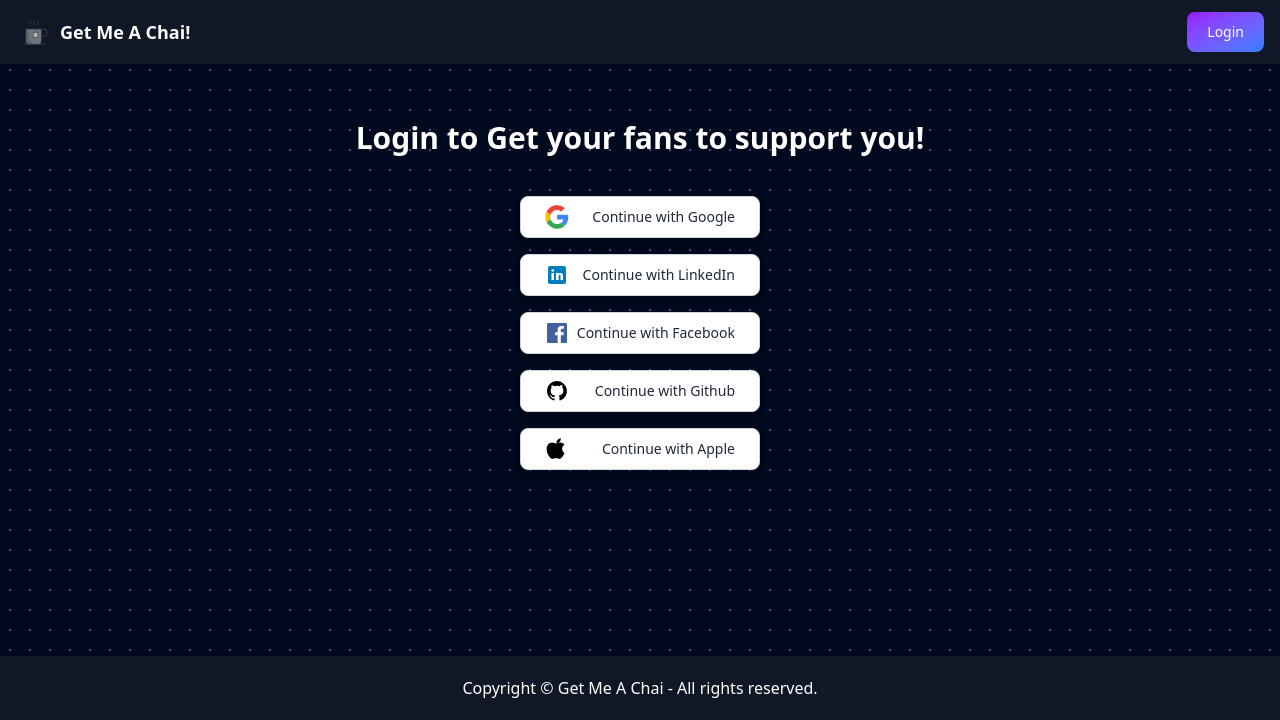
Repository: piyushsudame/patreon-clone-Get-Me-A-Chai
Page: /login
An editor plug-in stored every save of this project. The page is shown before and after the next save, followed by the edit.
The browser window is 1280 px wide. The pictures show the whole page.
The page's requests for data from a server got no answer. The project was rebuilt for these pictures with package versions that can differ from the ones it lists, and the page was loaded fresh each time. The framework's server and built-in components were replaced by stand-ins that run in the browser. No one was signed in, and anything a server would have sent is missing. Also part of the build but not shown: next.config.mjs.

Above is the page before, as saved 2025-05-14 11:38:20.

After the next save:
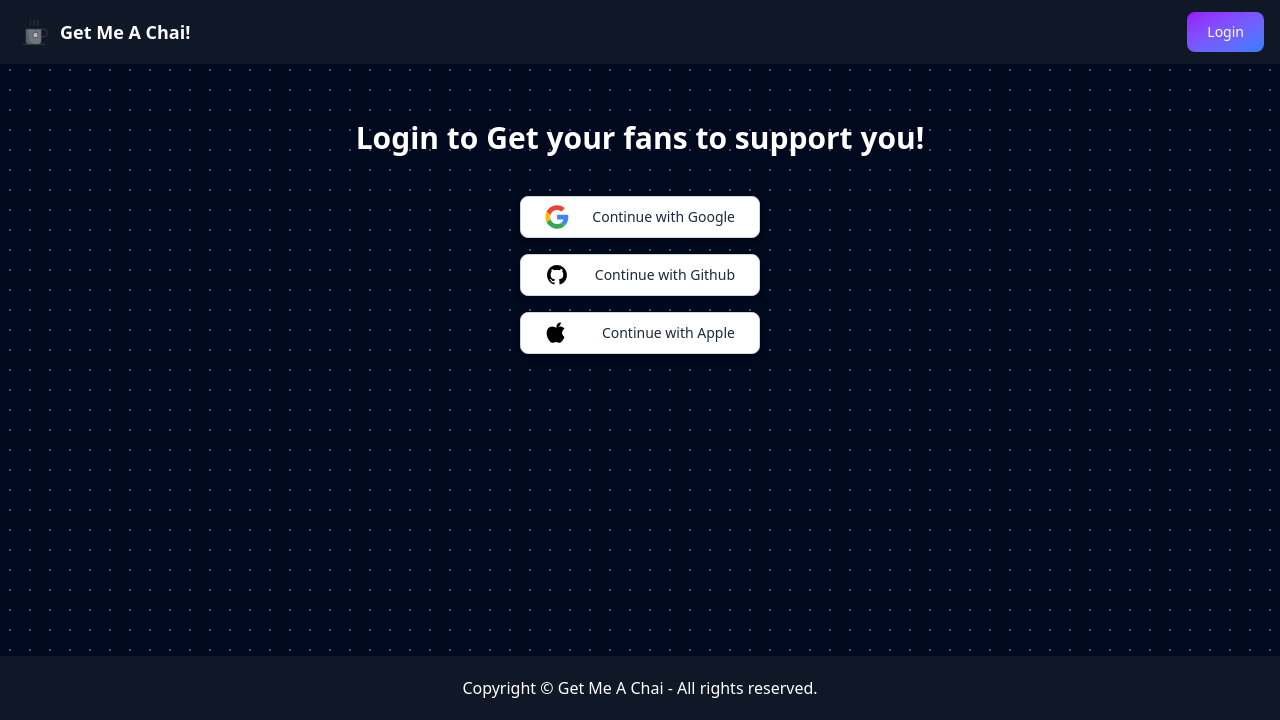
Saved 25 s later.
--- a/app/login/page.js
+++ b/app/login/page.js
@@ -40,29 +40,7 @@ const Login = () => {
                         <span>Continue with Google</span>
                     </button>
 
-                    {/* LinkedIn */}
-                    <button className="flex justify-between items-center bg-white border border-gray-300 rounded-lg shadow-md w-full px-6 py-2 text-sm font-medium text-gray-800 hover:bg-gray-200 focus:outline-none focus:ring-2 focus:ring-offset-2 focus:ring-gray-500">
-                        <svg className="h-6 w-6" xmlns="http://www.w3.org/2000/svg" viewBox="0 0 24 24">
-                            <path d="M19,3H5C3.895,3,3,3.895,3,5v14c0,1.105,0.895,2,2,2h14c1.105,0,2-0.895,2-2V5C21,3.895,20.105,3,19,3z M9,17H6.477v-7H9V17z M7.694,8.717c-0.771,0-1.286-0.514-1.286-1.2s0.514-1.2,1.371-1.2c0.771,0,1.286,0.514,1.286,1.2S8.551,8.717,7.694,8.717z M18,17h-2.442v-3.826c0-1.058-0.651-1.302-0.895-1.302s-1.058,0.163-1.058,1.302c0,0.163,0,3.826,0,3.826h-2.523v-7h2.523v0.977C13.93,10.407,14.581,10,15.802,10C17.023,10,18,10.977,18,13.174V17z" fill="#007EBB" />
-                        </svg>
-                        <span>Continue with LinkedIn</span>
-                    </button>
 
-
-
-                    {/* Facebook */}
-                    <button
-                        onClick={() => {
-                            // Sign in with Facebook
-                            signIn('facebook', { callbackUrl: '/dashboard' });
-                        }}
-                        className="flex justify-between items-center bg-white border border-gray-300 rounded-lg shadow-md w-full px-6 py-2 text-sm font-medium text-gray-800 hover:bg-gray-200 focus:outline-none focus:ring-2 focus:ring-offset-2 focus:ring-gray-500"
-                    >
-                        <svg className="h-6 w-6" xmlns="http://www.w3.org/2000/svg" viewBox="0 0 24 24">
-                            <path d="M20.9,2H3.1A1.1,1.1,0,0,0,2,3.1V20.9A1.1,1.1,0,0,0,3.1,22h9.58V14.25h-2.6v-3h2.6V9a3.64,3.64,0,0,1,3.88-4,20.26,20.26,0,0,1,2.33.12v2.7H17.3c-1.26,0-1.5.6-1.5,1.47v1.93h3l-.39,3H15.8V22h5.1A1.1,1.1,0,0,0,22,20.9V3.1A1.1,1.1,0,0,0,20.9,2Z" fill="#4460A0" />
-                        </svg>
-                        <span>Continue with Facebook</span>
-                    </button>
 
                     {/* Github */}
                     <button
